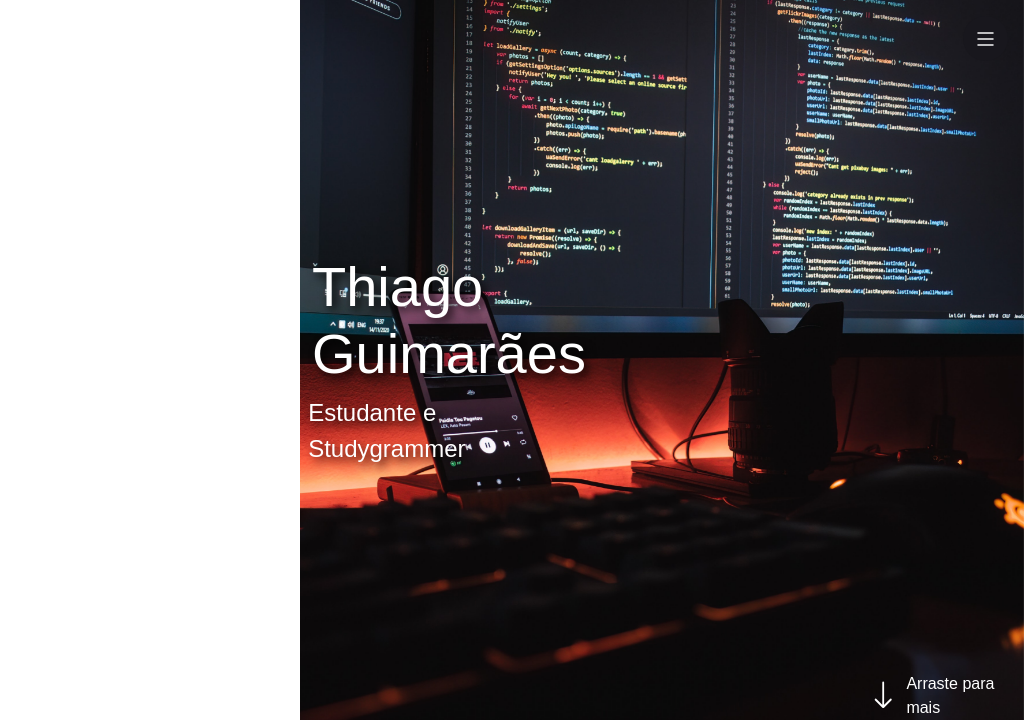
Repository: Rayago/projeto-portfolio
Page: http://localhost/
The author's editor kept a copy of each file at every save. The page is drawn from the files as they stood at one save, then again after the next save.
The browser window is 1024 px wide. The pictures show the whole page.
Some web fonts or font styles are not loaded; a fallback is used. The page is served by the project's application, run on Flask 3 (app.py).

Above is the page before, as saved 2022-07-12 18:03:51.

### templates/index.html
<!DOCTYPE html>
<html lang="pt-br">
<head>
    <meta charset="UTF-8">
    <meta http-equiv="X-UA-Compatible" content="IE=edge">
    <meta name="viewport" content="width=device-width, initial-scale=1.0">
    <link rel="stylesheet" href="../static/bootstrap/css/bootstrap.css">
    <link rel="stylesheet" href="../static/style.css">
    <link rel="icon" type="image/png" href="../static/img">
    <link rel="stylesheet" href="https://cdn.jsdelivr.net/npm/bootstrap-icons@1.8.3/font/bootstrap-icons.css">
    <title>Thiago Guimarães</title>
</head>
<body>

    <i class="bi bi-list menu-mobile"></i>

    <aside id="header">
        <section class="profile">
            <img src="../static/img/meu_perfil.jpg" alt="Foto Perfil"/>
            <h1>Thiago Guimarães</h1>
            <div class="social-links mt-4 text-center">
                <a target="_blank" href="https://www.linkedin.com/in/raymundo-thiago">
                    <i class="bi bi-linkedin"></i>
                </a>
                <a target="_blank" href="https://www.github.com/Rayago">
                    <i class="bi bi-github"></i>
                </a>
                <a target="_blank" href="https://www.instagram.com/estudatech">
                    <i class="bi bi-instagram"></i>
                </a>
            </div>
        </section>

        <nav id="navbar" class="nav-menu">
            <ul class="nav flex-column">
                <li class="nav-item">
                  <a class="nav-link active" aria-current="page" href="#"><i class="bi bi-house" aria-hidden="true"></i> Início</a>
                </li>
                <li class="nav-item">
                  <a class="nav-link" href="#"><i class="bi bi-person" aria-hidden="true"></i> Sobre</a>
                </li>
                <li class="nav-item">
                  <a class="nav-link" href="#"><i class="bi bi-list-check" aria-hidden="true"></i> Habilidades</a>
                </li>
                <li class="nav-item">
                    <a class="nav-link" aria-current="page" href="#"><i class="bi bi-file-earmark" aria-hidden="true"></i> Currículo</a>
                </li>
                <li class="nav-item">
                    <a class="nav-link" href="#"><i class="bi bi-collection" aria-hidden="true"></i> Portfólio</a>
                </li>
                <li class="nav-item">
                    <a class="nav-link" href="#"><i class="bi bi-envelope" aria-hidden="true"></i> Contato</a>
                </li>
              </ul>
        </nav>

    </aside>

    <main id="main">

        <section id="inicio" class="row m-0 p-0">
            <div class="col-md-5 d-flex justify-content-center align-items-center flex-column">
                <h2 class="text-white text-shadow">Thiago Guimarães</h2>
                <span id="subtitle" class="text-white text-shadow">Estudante e Studygrammer</span>
            </div>

            <div class="col-md-7 d-flex justify-content-end align-items-end">
                <div id="arraste" class="d-flex align-items-center">
                    <i class="bi bi-arrow-down text-white pe-2 fs-2" aria-hidden="true"></i>
                    <a href="">Arraste para mais</a>
                </div>

            </div>
        </section>

    </main>

    <script src="../static/bootstrap/js/bootstrap.bundle.min.js"></script>
    <script src="../static/script.js"></script>
</body>
</html>

### app.py
from flask import Flask, render_template, redirect

app = Flask(__name__)

@app.route('/')
def index():
    return render_template('index.html')

if __name__ == '__main__':
    app.run(debug=True)

### static/style.css
@import url('https://fonts.googleapis.com/css2?family=Ubuntu:ital,wght@0,300;0,400;0,500;0,700;1,300;1,400;1,500;1,700&display=swap');

html, body {
    font-family: Ubuntu, Arial;
    width: 100%;
    height: 100%;
}

#header {
    position: fixed;
    top: 0;
    left: 0;
    bottom: 0;
    background: #021124;
    overflow-y: auto;
    width: 300px;
    transition: all ease-in-out 0.5s;
    padding: 0 15px;
    z-index: 9997;
}

#header .profile img {
    margin: 15px auto;
    display: block;
    width: 120px;
    border: 8px solid #2c2f3f;
    border-radius: 50%;
}

#header .profile h1 {
    font-size: 24px;
    margin: 0;
    padding: 0;
    font-weight: 600;
    text-align: center;
    color: white;
}

#header .profile .social-links a {
    font-size: 1rem;
    background: #212431;
    color: #fff;
    padding: 0.6rem;
    margin-right: 1rem;
    border-radius: 50%;
    transition: 0.3s;
    text-decoration: none;
}

#header .profile .social-links a:hover {
    background: #149ddd;
}

.nav-menu {
    padding: 1.5rem;
}

.nav-menu a,
.nav-menu a:focus {
    display: flex;
    align-items: center;
    color: #a8a9b4;
    transition: 0.3s;
    font-size: 15px;
}

.nav-menu a i,
.nav-menu a:focus i {
    font-size: 24px;
    padding-right: 0.8rem;
    color: #6f7180;
}

.nav-menu a:hover,
.nav-menu .active,
.nav-menu .active:focus,
.nav-menu li:hover > a {
    text-decoration: none;
    color: #fff;
}

.nav-menu a:hover i,
.nav-menu .active i,
.nav-menu .active:focus i,
.nav-menu li:hover > a i {
    color: #149ddd;
}

#main{
    margin-left: 300px;
}

section#inicio {
    background-image: url("./img/banner.jpg");
    background-repeat: no-repeat;
    background-size: cover;
    background-attachment: fixed;
    background-position: center;

    width: 100%;
    height: 100vh;
}


section#inicio h2{
    font-size: 6rem;
}

section#inicio span#subtitle{
    margin-right: 8rem;
    font-size: 1.5rem;
}

.text-shadow {
    text-shadow: 4px 4px 10px #000000;
}

section#inicio div#arraste {
    width: 9rem;
}

section#inicio div#arraste a {
    text-decoration: none;
    color: #fff;
}

i.menu-mobile {
    position: fixed;
    color: #fff;
    background-color: #18171D;
    right: 1rem;
    top: 1rem;
    font-size: 1.5rem;
    border-radius: 4rem;
    cursor: pointer;
    z-index: 10;
    width: 45px;
    height: 45px;
    display: none;
    justify-content: center;
    align-items: center;
}

@media (max-width: 1024px) {
    #header {
        left: -300px;
    }

    i.menu-mobile {
        display: flex;
    }

    section#inicio h2 {
        font-size: 3.5rem;
    }

    span#subtitle {
        margin-right: 0;
        font-size: 1rem;
    }
}

Loaded but not shown: static/bootstrap/css/bootstrap.css (library); static/bootstrap/js/bootstrap.bundle.min.js (library); static/script.js (no stored copy; drawn as an empty file)

After the next save:
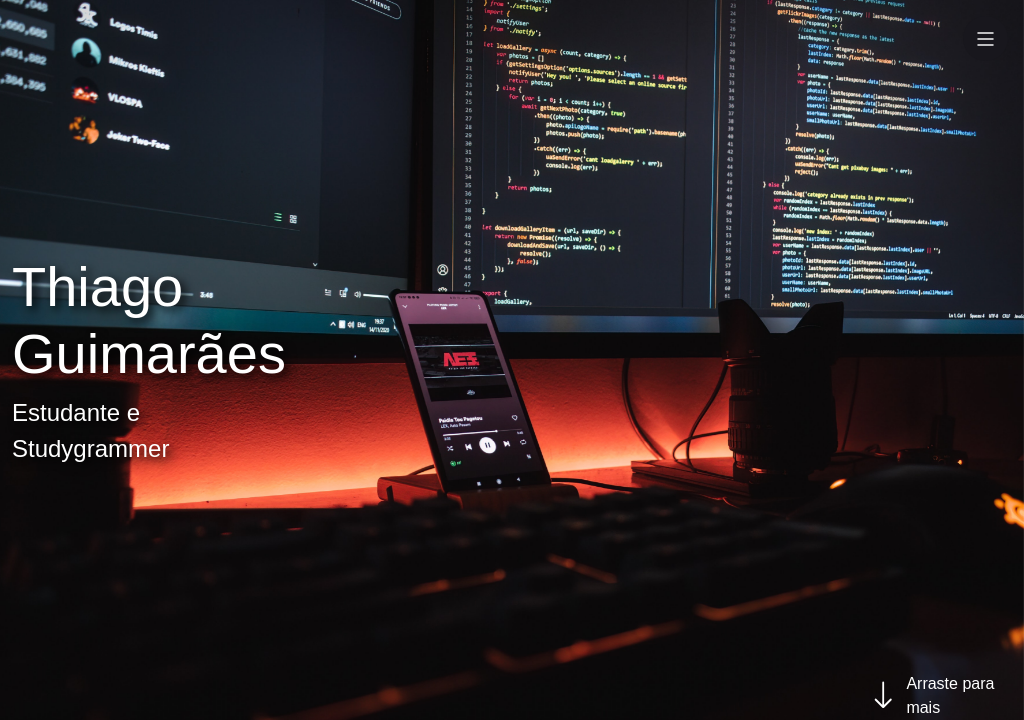
Saved 3 min 57 s later.
--- a/static/style.css
+++ b/static/style.css
@@ -158,4 +158,8 @@ i.menu-mobile {
         margin-right: 0;
         font-size: 1rem;
     }
+
+    #main {
+        margin-left: 0;
+    }
 }
